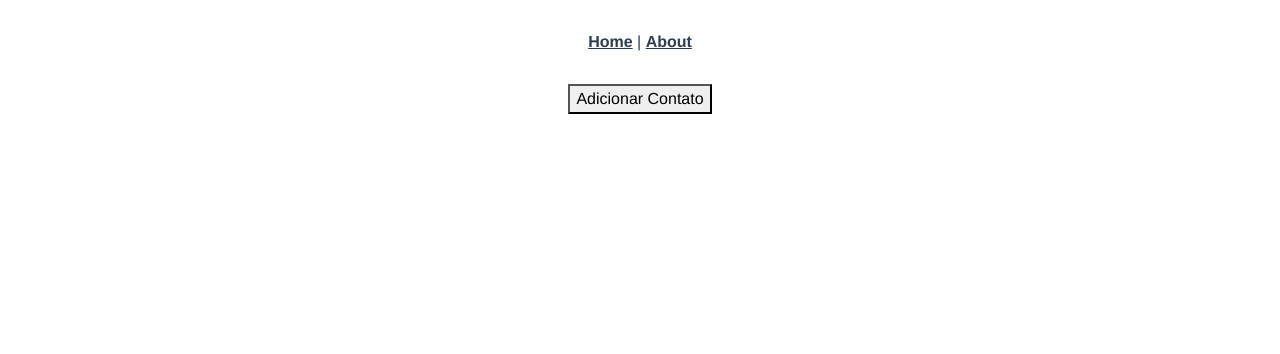
Repository: caiomitsuo/ContactsVueJs
Page: /lista
The author's editor kept a copy of each file at every save. The page is drawn from the files as they stood at one save, then again after the next save.
The browser window is 1280 px wide. The pictures show the whole page.
The page's requests for data from a server got no answer. The project was rebuilt for these pictures with package versions that can differ from the ones it lists, and the page was loaded fresh each time. No one was signed in, and anything a server would have sent is missing. Also part of the build but not shown: vue.config.js, src/components/HelloWorld.vue, src/views/HomeView.vue.

Above is the page before, as saved 2022-04-30 12:17:21.

### src/main.js
import Vue from 'vue'
import App from './App.vue'
import router from './router'
import store from './store'
import { BootstrapVue, IconsPlugin } from 'bootstrap-vue'
import './plugins/axios'

// Import Bootstrap and BootstrapVue CSS files (order is important)
import 'bootstrap/dist/css/bootstrap.css'
import 'bootstrap-vue/dist/bootstrap-vue.css'

// Make BootstrapVue available throughout your project
Vue.use(BootstrapVue)
// Optionally install the BootstrapVue icon components plugin
Vue.use(IconsPlugin)

Vue.config.productionTip = false

new Vue({
  router,
  store,
  render: h => h(App)
}).$mount('#app')

### src/App.vue
<template>
  <div id="app">
    <nav>
      <router-link to="/">Home</router-link> |
      <router-link to="/about">About</router-link>
    </nav>
    <router-view/>
  </div>
</template>
<script>
export default ({
  created() {
    this.$http.get('/ping').then((response) => {
      console.log(response)
    })
  },
})
</script>
<style>
#app {
  font-family: Avenir, Helvetica, Arial, sans-serif;
  -webkit-font-smoothing: antialiased;
  -moz-osx-font-smoothing: grayscale;
  text-align: center;
  color: #2c3e50;
}

nav {
  padding: 30px;
}

nav a {
  font-weight: bold;
  color: #2c3e50;
}

nav a.router-link-exact-active {
  color: #42b983;
}
</style>

### src/router/index.js
import Vue from 'vue'
import VueRouter from 'vue-router'
import HomeView from '../views/HomeView.vue'
import ListView from '../views/ListView.vue'
Vue.use(VueRouter)

const routes = [
  {
    path: '/',
    name: 'home',
    component: HomeView
  },
  {
    path: '/about',
    name: 'about',
    // route level code-splitting
    // this generates a separate chunk (about.[hash].js) for this route
    // which is lazy-loaded when the route is visited.
    component: () => import(/* webpackChunkName: "about" */ '../views/AboutView.vue')
  },
  {
    path: '/lista',
    name: 'lista',
    component:ListView
  }
]

const router = new VueRouter({
  mode: 'history',
  base: process.env.BASE_URL,
  routes
})

export default router

### src/plugins/axios.js
import Vue from 'vue'
import axios from 'axios'

axios.defaults.baseURL = 'http://127.0.0.1:8000/api/'

Vue.use({
    install(Vue){
        Vue.prototype.$http = axios
    }
})

### src/views/ListView.vue
<template>
<div>
    <div>
        <button>Adicionar Contato</button>

    </div>
</div>
</template>

<script>
export default {};
</script>

<style>
</style>

Loaded but not shown: public/index.html (common file); src/store/index.js (common file)

After the next save:
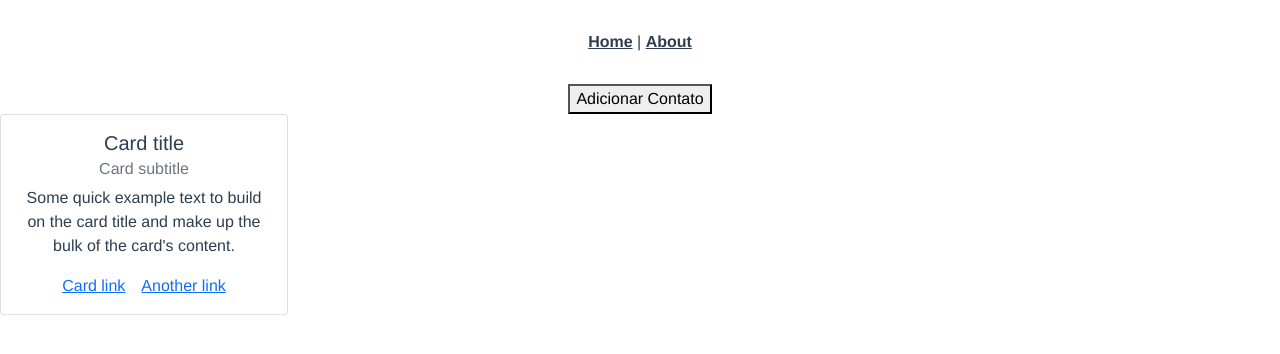
Saved 27 s later.
--- a/src/views/ListView.vue
+++ b/src/views/ListView.vue
@@ -2,7 +2,15 @@
 <div>
     <div>
         <button>Adicionar Contato</button>
-
+        <div class="card" style="width: 18rem;">
+  <div class="card-body">
+    <h5 class="card-title">Card title</h5>
+    <h6 class="card-subtitle mb-2 text-muted">Card subtitle</h6>
+    <p class="card-text">Some quick example text to build on the card title and make up the bulk of the card's content.</p>
+    <a href="#" class="card-link">Card link</a>
+    <a href="#" class="card-link">Another link</a>
+  </div>
+</div>
     </div>
 </div>
 </template>
